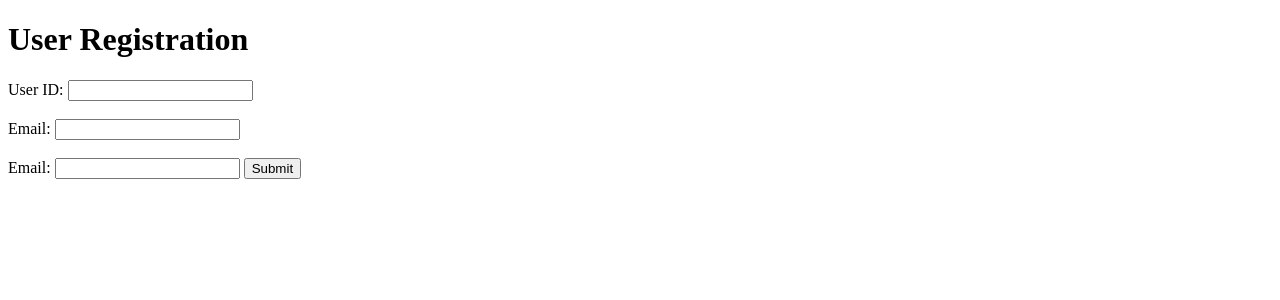
Repository: Mahesh160/Book_Management
Page: http://localhost/BookManagement/Seller.jsp
The author's editor kept a copy of each file at every save. The page is drawn from the files as they stood at one save, then again after the next save.
The browser window is 1280 px wide. The pictures show the whole page.
The page is served by Tomcat 9. Other server files are loaded and not shown.

Above is the page before, as saved 2023-09-06 07:39:28.

### BookManagement/src/main/webapp/Seller.jsp
<%@ page language="java" contentType="text/html; charset=ISO-8859-1"
    pageEncoding="ISO-8859-1"%>
<!DOCTYPE html>
<html>
<head>
<meta charset="ISO-8859-1">
<title>User Registration</title>

</head>
<body>
<h1>User Registration</h1>
<div>
        <form action="Login_User_Servlet" method="post">
        	<label for="user_name">User ID:</label>
            <input type="text" name="username" required><br><br>

            <label for="email_id">Email:</label>
            <input type="email" name="email_id" required><br><br>

            <label for="password">Email:</label>
            <input type="password" name="password">
            <input type="submit" name="submit" required><br><br>
        </form>
    </div>
</body>
</html>

After the next save:
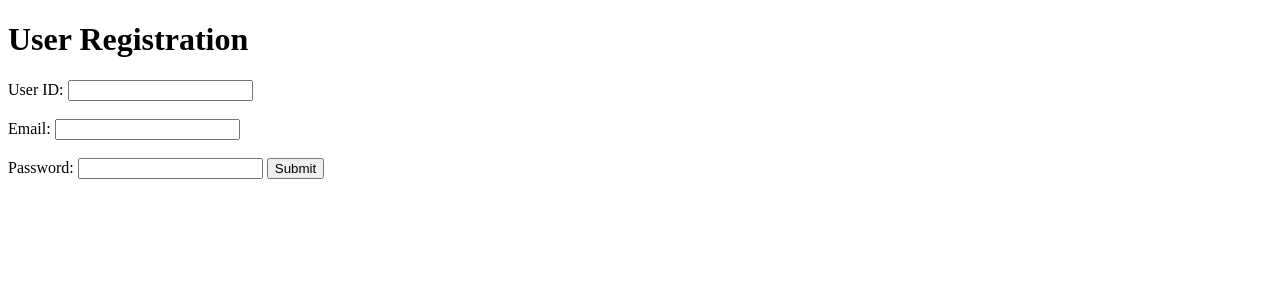
Saved 15 s later.
--- a/BookManagement/src/main/webapp/Seller.jsp
+++ b/BookManagement/src/main/webapp/Seller.jsp
@@ -17,7 +17,7 @@
             <label for="email_id">Email:</label>
             <input type="email" name="email_id" required><br><br>
 
-            <label for="password">Email:</label>
+            <label for="password">Password:</label>
             <input type="password" name="password">
             <input type="submit" name="submit" required><br><br>
         </form>
